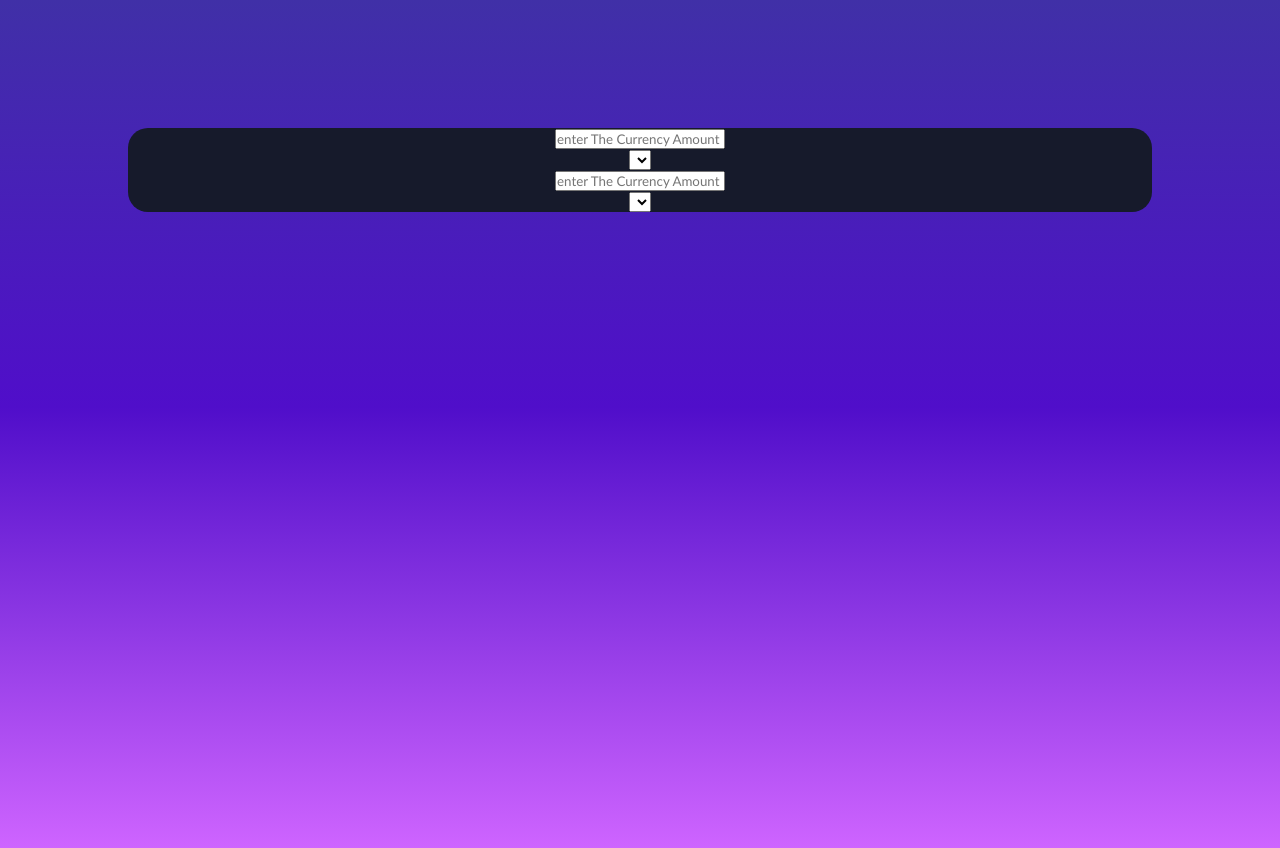
Repository: KamalEssam/currency-converter-react-app
Page: /
These files come from the project's save history. The page is drawn as it stood at one moment and after a run of saves; the edit follows.
The browser window is 1280 px wide. The pictures show the whole page.
The page's requests for data from a server got no answer. The project was rebuilt for these pictures with package versions that can differ from the ones it lists, and the page was loaded fresh each time. No one was signed in, and anything a server would have sent is missing.

Above is the page before, as saved 2021-12-21 16:30:27.

### src/App.js
import './App.css';
import Currency from './Components/Currency';

function App() {
  return (
    <div className="App">
     <Currency />
    </div>
  );
}

export default App;

### src/App.css
* {
  box-sizing: border-box;
  margin: 0;
  padding: 0;
  font-family: 'Trebuchet MS', 'Lucida Sans Unicode', 'Lucida Grande',
    'Lucida Sans', Arial, sans-serif;
}
body{
  background: linear-gradient(
    180deg,
    rgb(64, 48, 167) 0%,
    rgb(80, 14, 202) 48%,
    rgb(206, 100, 255) 100%
  );
}

.App{
  height: 100vh;
}
/* .currency-app {
  display: flex;
  flex-direction: column;
  justify-content: start ;
  width: 520px;
  min-height: 600px;
  background: #161a2b;
  text-align: center;
  margin: 128px auto;
  border-radius: 10px;
  padding-bottom: 32px;
} */
.currency-app {
  display: flex;
  flex-direction: column;
  justify-content: start ;
  text-align: center;
  background: #161a2b;
  margin:128px 128px 10px 128px ;
  border-radius: 20px;




}

### src/Components/Currency.js
import React from 'react'
import CurrencyForm from './CurrencyForm'
import CurrencyList from './CurrencyList'
export default function Currency() {
    return (
        <div className='currency-app'>
            <CurrencyForm />
            <CurrencyList />
        </div>
    )
}

### src/Components/CurrencyForm.js
import React from 'react'

export default function Currency() {
    return (
        <div>

        </div>
    )
}

### src/Components/CurrencyList.js
import React, { useEffect, useState } from 'react'
import Axios from 'axios';
export default function Currency() {
    //api_key = 04078e60-6206-11ec-a513-c3ab8a51dcff
    const [currenciesList, setCurrenciesList] = useState([]);
    useEffect(() => {
        Axios
            .get('http://api.currencylayer.com/list?access_key=3f721942cddb3b199905f3aea4bb647d')
            .then(res => {
                setCurrenciesList([res.data, ...Object.keys(res.data.currencies)]);
                // console.log(res.data)
            }).catch(error => console.log(error))

    }, [])

    return (
        <div className='currency-form-container'>
            <form className='currency-form'>
                <div className='currency-form-group'>
                    <div>
                        <input className='fr-currency' placeholder='enter The Currency Amount' />
                    </div>
                    <div className='selection'>
                        <select className='select-fr-currency' >
                            {currenciesList.slice(1).map(currency => {

                                return (
                                    <option key={currency} value={currency}> {currency} </option>
                                );
                            })}
                            {/* <option key={Math.floor(Math.random()*1000000)} value={currency}> currency </option> */}
                        </select>
                    </div>
                </div>
                <div className='currency-form-group'>
                    <input className='sec-currency' placeholder='enter The Currency Amount' />
                </div>
                <div className='selection'>
                    <select className='select-sec-currency' >
                        {currenciesList.slice(1).map(currency => {
                            return (
                                <option key={currency} value={currency}> {currency} </option>
                            );
                        })}
                        {/* <option key={Math.floor(Math.random()*1000000)} value={currency}> currency </option> */}
                    </select>
                </div>
            </form>
        </div>
    )
}

Loaded but not shown: public/index.html (common file); src/index.js (common file); src/index.css (common file)

After the next 2 saves:
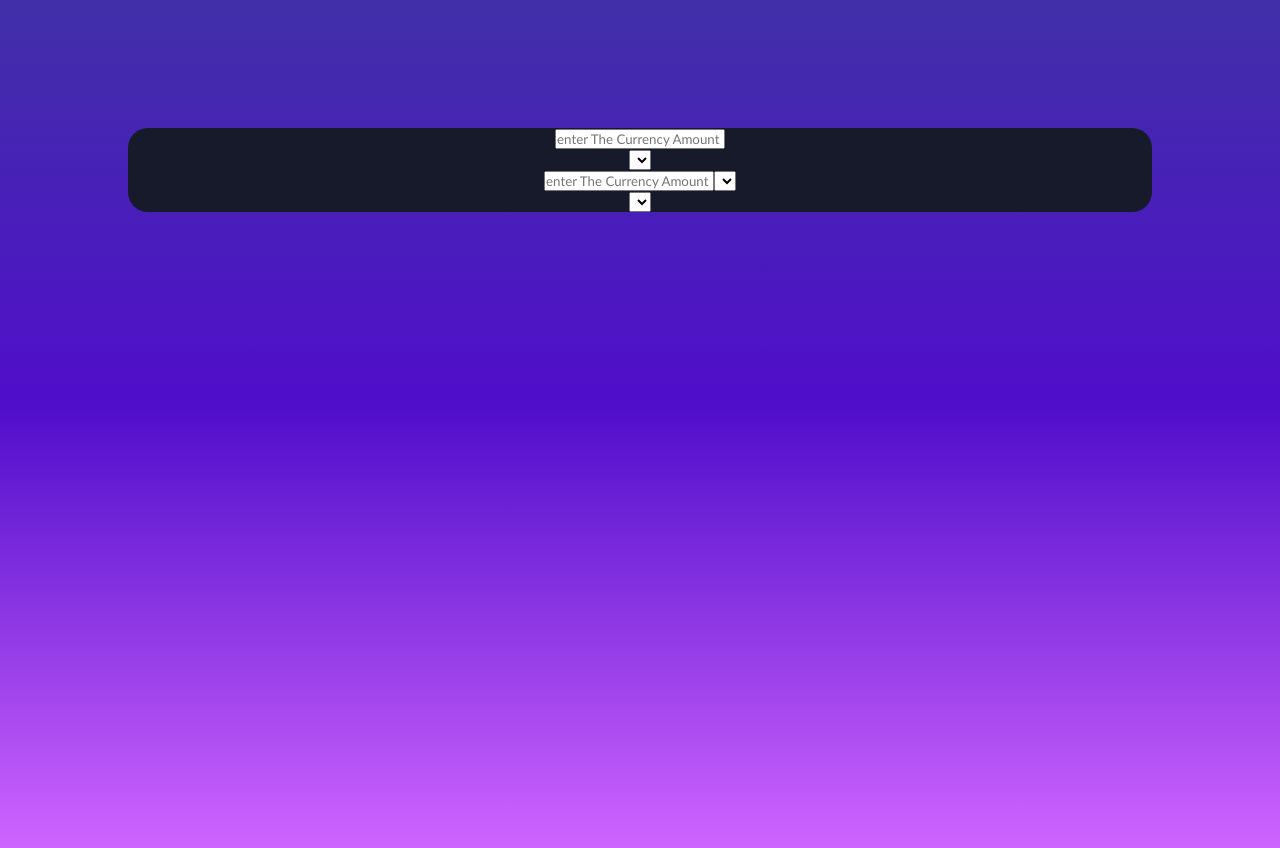
The 2 saves are shown as one change because they came seconds apart.
The last was saved 52 s later.
--- a/src/Components/CurrencyList.js
+++ b/src/Components/CurrencyList.js
@@ -34,6 +34,14 @@ export default function Currency() {
                 </div>
                 <div className='currency-form-group'>
                     <input className='sec-currency' placeholder='enter The Currency Amount' />
+                    <select className='select-sec-currency' >
+                        {currenciesList.slice(1).map(currency => {
+                            return (
+                                <option key={currency} value={currency}> {currency} </option>
+                            );
+                        })}
+                        {/* <option key={Math.floor(Math.random()*1000000)} value={currency}> currency </option> */}
+                    </select>
                 </div>
                 <div className='selection'>
                     <select className='select-sec-currency' >
